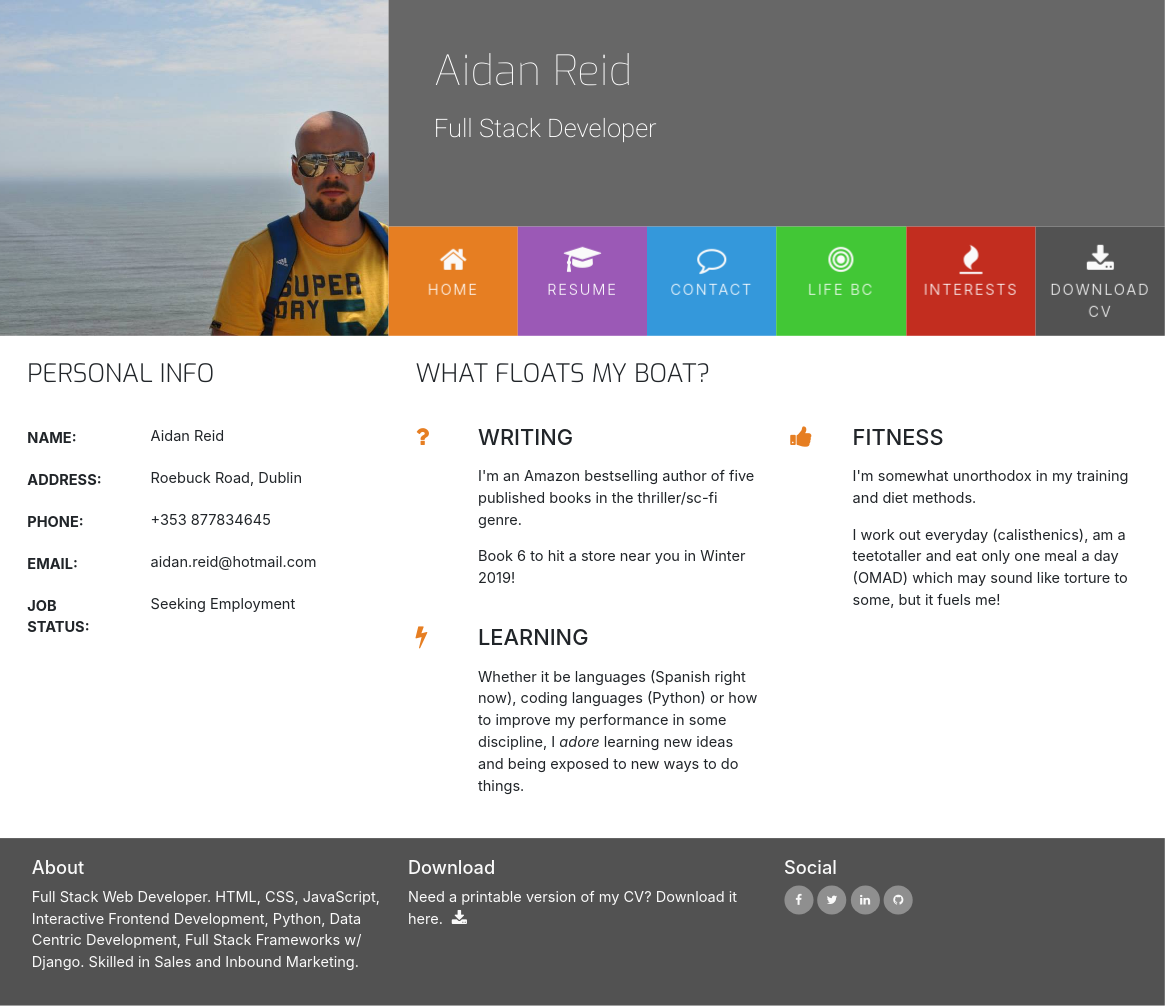
Repository: AidanJReid/Resume
Page: interests.html
The author's editor kept a record of every edit. The page is drawn from the files as they stood at one moment, then again after the next edit.
The browser window is 1280 px wide. The pictures show the whole page, at 91% of full size.

Above is the page before.

### interests.html
<!DOCTYPE html>
<html lang="en">

<head>
    <meta charset="UTF-8">
    <meta name="viewport" content="width=device-width, initial-scale=1.0">
    <meta http-equiv="X-UA-Compatible" content="ie=edge">
    <link rel="stylesheet" href="https://stackpath.bootstrapcdn.com/bootstrap/4.3.1/css/bootstrap.min.css" type="text/css" />
    <link rel="stylesheet" href="https://stackpath.bootstrapcdn.com/font-awesome/4.7.0/css/font-awesome.min.css" type="text/css" />
    <link rel="stylesheet" href="https://cdnjs.cloudflare.com/ajax/libs/hover.css/2.3.1/css/hover-min.css" type="text/css" />
    <link rel="stylesheet" href="assets/css/style.css" type="text/css" />
    <title>Aidan</title>
</head>

<body>
    <header>
        <div class="row no-gutters">
            <a href="index.html" class="col-lg-4 logo">

            </a>
            <div class="col-lg-8">
                <div class="row no-gutters bg-color-name-title">
                    <div class="col heading">
                        <h1 class="name">Aidan Reid</h1>
                        <h2 class="title">Full Stack Developer</h2>
                    </div>
                </div>
                <div class="row no-gutters">
                    <div class="col">
                        <ul id="nav" class="list-inline menucontainer">
                            <li class="col-6 col-sm-2 ui-menu-color-home list-inline-item menuitem">
                                <a href="index.html" class="hvr-sweep-to-bottom">
                                    <i class="fa fa-home" aria-hidden="true"></i>
                                    <span>Home</span>
                                </a>
                            </li>
                            <li class="col-6 col-sm-2 ui-menu-color-resume list-inline-item menuitem">
                                <a href="resume.html" class="hvr-sweep-to-bottom">
                                    <i class="fa fa-graduation-cap" aria-hidden="true"></i>
                                    <span>Resume</span>
                                </a>
                            </li>
                            <li class="col-6 col-sm-2 ui-menu-color-contact list-inline-item menuitem">
                                <a href="contact.html" class="hvr-sweep-to-bottom">
                                    <i class="fa fa-comment-o" aria-hidden="true"></i>
                                    <span>Contact</span>
                                </a>
                            </li>
                            <li class="col-6 col-sm-2 ui-menu-color-life list-inline-item menuitem">
                                <a href="life.html" class="hvr-sweep-to-bottom">
                                    <i class="fa fa-bullseye" aria-hidden="true"></i>
                                    <span>Life BC</span>
                                </a>
                            </li>
                            <li class="col-6 col-sm-2 ui-menu-color-interests list-inline-item menuitem">
                                <a href="interests.html" class="hvr-sweep-to-bottom">
                                    <i class="fa fa-fire" aria-hidden="true"></i>
                                    <span>Interests</span>
                                </a>
                            </li>
                            <li class="col-6 col-sm-2 ui-menu-color-download list-inline-item menuitem">
                                <a href="assets/CV/19AidReidCV.docx" target="_blank" class="hvr-sweep-to-bottom">
                                    <i class="fa fa-download" aria-hidden="true"></i>
                                    <span>Download CV</span>
                                </a>
                            </li>
                        </ul>
                    </div>
                </div>
            </div>
        </div>
    </header>
    <section class="container-fluid">
        <div class="row">
            <div class="col-md-4 bg-color-interests section-column">
                <div class="row">
                    <div class="col-12">
                        <h3 class="section-heading uppercase">Personal Info</h3>
                    </div>
                </div>
                <div class="personal-info-item">
                    <div class="key">
                        <p class="uppercase">
                            Name:
                        </p>
                    </div>
                    <div class="value">
                        <p>
                            Aidan Reid
                        </p>
                    </div>
                </div>
                <div class="personal-info-item">
                    <div class="key">
                        <p class="uppercase">
                            Address:
                        </p>
                    </div>
                    <div class="value">
                        <p>
                            Roebuck Road, Dublin
                        </p>
                    </div>
                </div>
                <div class="personal-info-item">
                    <div class="key">
                        <p class="uppercase">
                            Phone:
                        </p>
                    </div>
                    <div class="value">
                        <p>
                            +353 877834645
                        </p>
                    </div>
                </div>
                <div class="personal-info-item">
                    <div class="key">
                        <p class="uppercase">
                            Email:
                        </p>
                    </div>
                    <div class="value">
                        <p>
                            aidan.reid@hotmail.com
                        </p>
                    </div>
                </div>
                <div class="personal-info-item">
                    <div class="key">
                        <p class="uppercase">
                            Job Status:
                        </p>
                    </div>
                    <div class="value">
                        <p>
                            Seeking Employment
                        </p>
                    </div>
                </div>
            </div>
            <div class="col-md-8 bg-color-three-reasons section-column">
                <div class="row">
                    <div class="col">
                        <h3 class="section-heading uppercase">What floats my boat?</h3>
                    </div>
                </div>
                <div class="row">
                    <div class="col-10 offset-1 offset-sm-0 col-sm-4 col-md-6">
                        <div class="row">
                            <div class="col-2">
                                <i class="three-reasons-icon fa fa-question" aria-hidden="true"></i>
                            </div>
                            <div class="col-10">
                                <h4 class="three-reasons-heading uppercase" aria-hidden="true">Writing</h4>
                                <p>
                                    I'm an Amazon bestselling author of five published books in the thriller/sc-fi genre.
                                </p>
                                <p>Book 6 to hit a store near you in Winter 2019!</p>
                            </div>
                        </div>
                    </div>
                    <div class="col-10 offset-1 offset-sm-0 col-sm-4 col-md-6">
                        <div class="row">
                            <div class="col-2">
                                <i class="three-reasons-icon fa fa-thumbs-up" aria-hidden="true"></i>
                            </div>
                            <div class="col-10">
                                <h4 class="three-reasons-heading uppercase" aria-hidden="true">Fitness</h4>
                                <p>
                                    I'm somewhat unorthodox in my training and diet methods.</p>
                                <p> I work out everyday (calisthenics), am a teetotaller and eat only one meal a day (OMAD) which may sound like torture to some, but it fuels me!
                                </p>
                            </div>
                        </div>
                    </div>
                    <div class="col-10 offset-1 offset-sm-0 col-sm-4 col-md-6">
                        <div class="row">
                            <div class="col-2">
                                <i class="three-reasons-icon fa fa-bolt" aria-hidden="true"></i>
                            </div>
                            <div class="col-10">
                                <h4 class="three-reasons-heading uppercase" aria-hidden="true">Learning</h4>
                                <p>
                                    Whether it be languages (Spanish right now), coding languages (Python) or how to improve my performance in some discipline, I <em>adore</em> learning new ideas and being exposed to new ways to do things.
                                </p>
                            </div>
                        </div>
                    </div>
                </div>
            </div>

    </section>
    <footer class="container-fluid">
        <div id="footer-details" class="row">
            <div class="col-sm-4">
                <h5 class="uppercase-general-sub">About</h5>
                <p class="inline-block">
                    Full Stack Web Developer. HTML, CSS, JavaScript, Interactive Frontend Development, Python, Data Centric Development, Full Stack Frameworks w/ Django. Skilled in Sales and Inbound Marketing.
                </p>
            </div>
            <div class="col-sm-4">
                <h5 class="uppercase-general-sub">Download</h5>
                <p class="inline-block">
                    Need a printable version of my CV? Download it here.
                    <a href="assets/CV/19AidReidCV.docx" target="_blank" class="cv-pdf">
                        <i class="fa fa-download" aria-hidden="true"></i>
                        <span class="sr-only">Download link.</span>
                    </a>
                </p>
            </div>
            <div class="col-sm-4">
                <h5 class="uppercase-general-sub">Social</h5>
                <ul class="list-inline social-links">
                    <li class="list-inline-item">
                        <a href="https://www.facebook.com/aidanjreidauthor/" target="_blank">
                            <i class="fa fa-facebook" aria-hidden="true"></i>
                            <span class="sr-only">Facebook</span>
                        </a>
                    </li>
                    <li class="list-inline-item">
                        <a href="https://twitter.com/AidanJReid" target="_blank">
                            <i class="fa fa-twitter" aria-hidden="true"></i>
                            <span class="sr-only">Twitter</span>
                        </a>
                    </li>
                    <li class="list-inline-item">
                        <a href="https://www.linkedin.com/in/aidanreid/" target="_blank">
                            <i class="fa fa-linkedin" aria-hidden="true"></i>
                            <span class="sr-only">Linkedin</span>
                        </a>
                    </li>
                    <li class="list-inline-item">
                        <a href="https://github.com/AidanJReid" target="_blank">
                            <i class="fa fa-github" aria-hidden="true"></i>
                            <span class="sr-only">Github</span>
                        </a>
                    </li>
                </ul>
            </div>
        </div>

    </footer>

</body>

</html>

### assets/css/style.css
@import url('https://fonts.googleapis.com/css?family=Roboto:100,200,300,400,500,600,700|Exo:100,200,300,400,500,600,700');

/* -----------------------------------Colours */

.bg-color-name-title {
    background-color: #676767;
}

.bg-color-three-reasons {
    background-color: #fff;
}

.bg-color-personal-info {
    background-color: #f4f4f4;
}

.bg-color-work-history {
    background-color: #9b59b6;
}

.bg-color-contact {
    background-color: #fff;
}

.ui-menu-color-home {
    background-color: #e67e22;
}

.ui-menu-color-resume {
    background-color: #9b59b6;
}

.ui-menu-color-life {
    background-color: #42c736;
}

.ui-menu-color-interests {
    background-color: #c22d1f;
}

.ui-menu-color-contact {
    background-color: #3498db;
}

.ui-menu-color-download {
    background-color: #525252;
}



/* -----------------------------------Special paddings/margins/text */

h1,
h2,
h3,
h4 {
    margin: 0;
}

.uppercase {
    text-transform: uppercase;
}

.general-sub {
    font-family: "Exo", sans-serif;
    font-weight: 300;
    color: #fafafa;
}

.inline-block {
    display: inline-block;
}

.row-table {
    display: table;
}

.section-column {
    display: table-cell;
    padding: 0 30px 30px;
    float: none;
}

.history-heading,
.section-heading {
    font-family: "Exo", sans-serif;
    font-weight: 300;
    margin-top: 25px;
    margin-bottom: 40px;
}

/* -----------------------------------Heading */

header {
    margin: 0;
}

.heading {
    margin-left: 50px;
}

.logo {
    background: url("../images/AJ.jpg");
    background-position: center;
    background-repeat: no-repeat;
    background-size: cover;
    min-height: 360px;
    transition: all .5s ease-in-out;
    -moz-transition: all .5s ease-in-out;
    -webkit-transition: all .5s ease-in-out;
}

.name {
    font-family: "Exo", sans-serif;
    font-weight: 100;
    font-size: 46px;
    margin-top: 50px;
    color: #fff;
}

.title {
    font-family: "Roboto", sans-serif;
    font-weight: 200;
    font-size: 28px;
    margin-top: 20px;
    margin-bottom: 90px;
    color: #fff;
}


.list-inline-item:not(:last-child) {
    margin: 0;
}

.menucontainer {
    font-size: 0;
}

#nav {
    margin: 0;
}

#nav li {
    font-size: 14px;
    padding: 0;
}

.menuitem {
    height: 120px;
    text-align: center;
    padding: 0;
}

.menuitem a {
    width: 100%;
    text-decoration: none;
    color: #fff;
    height: 120px;
}

.menuitem a i {
    padding-top: 20px;
    display: block;
    color: #fafafa;
    font-size: 32px;
}

.menuitem span {
    display: block;
    width: 100%;
    padding-top: 5px;
    text-align: center;
    text-transform: uppercase;
    font-size: 16px;
    font-weight: 300;
    letter-spacing: 2px;
}

/* -----------------------------------Hover.css */

.hvr-sweep-to-bottom:before {
    background: rgba(0, 0, 0, 0.2);
    height: 120px;
}

/* -----------------------------------Footer */

footer {
    background-color: #525252;
    color: #fafafa;
    min-height: 120px;
    margin: 0;
}

.cv-pdf i {
    font-size: 18px;
    color: #fafafa;
    text-align: center;
    padding-left: 5px;
    transition: all 0.35s ease-in-out;
    -moz-transition: all 0.35s ease-in-out;
    -webkit-transition: all 0.35s ease-in-out;
    -o-transition: all 0.35s ease-in-out;
}

.cv-pdf i:hover {
    color: #e84610;
}

.social-links {
    padding-bottom: 15px;
}

.social-links li a i {
    width: 32px;
    height: 32px;
    padding: 12px 0;
    border-radius: 50%;
    font-size: 13px;
    line-height: 7px;
    text-align: center;
    color: #fafafa;
    background: #8f8f8f;
    transition: all 0.35s ease-in-out;
    -moz-transition: all 0.35s ease-in-out;
    -webkit-transition: all 0.35s ease-in-out;
    -o-transition: all 0.35s ease-in-out;
}

.social-links li a i:hover {
    background: #e84610;
}

#footer-details {
    padding: 20px;
}

/* -----------------------------------3 reasons */

.three-reasons-icon {
    font-size: 26px;
    color: #e67e22;
}

.three-reasons-heading {
    margin-bottom: 15px;
}

/* -----------------------------------Personal Info */

.personal-info-item {
    margin-bottom: 20px;
    display: block;
    clear: both;
}

.personal-info-item .key,
.personal-info-item .value {
    padding-right: 8px;
    display: inline-block;
}

.personal-info-item .key p,
.personal-info-item .value p {
    margin: 0;
}

.personal-info-item .key {
    width: 30%;
    margin-right: 21px;
    padding-top: 2px;
    vertical-align: top;
}

.personal-info-item .key p {
    font-weight: 700;
}

.personal-info-item .value {
    position: relative;
    width: 60%;
}

/* -----------------------------------Skills */

.progress {
    position: relative;
    height: 25px;
    margin-bottom: 4px;
}

.progress-type {
    position: absolute;
    left: 0px;
    font-weight: 400;
    padding: 3px 30px 2px 10px;
    color: #fafafa;
    background-color: rgba(25, 25, 25, 0.2);
}

.progress-section {
    margin: 40px 20px;
}

/* -----------------------------------Work History */

.history-heading {
    color: #fafafa;
    margin-bottom: 50px;
}

.timeline-item {
    padding: 4em 2em 0em 2em;
    position: relative;
    color: #fafafa;
    border-left: 1px solid;
}

.timeline-item p {
    padding: 0;
    margin: 0;
}

.timeline-item:before {
    content: attr(data-dates);
    position: absolute;
    left: 2.5em;
    top: 3em;
    display: block;
    font-family: "Exo", sans-serif;
    font-weight: 500;
    font-size: 0.8em;
    padding: 0;
    margin: 0;
}

.timeline-item:after {
    width: 12px;
    height: 12px;
    display: block;
    top: 2.4em;
    position: absolute;
    left: -6px;
    border-radius: 12px;
    content: '';
    background: #fafafa;
}

.history-items {
    margin-bottom: 30px;
}

/* -----------------------------------Contact Form */

.contact-heading {
    font-family: "Exo", sans-serif;
    font-weight: 300;
    margin-top: 25px;
    margin-bottom: 20px;
}

.center-form {
    padding-top: 10px;
    margin: 0 auto;
    max-width: 70%;
}

button[type="submit"] {
    margin-top: 15px;
    margin-bottom: 20px;
    color: #fafafa;
    background-color: #e84610;
}

/* -----------------------------------Media Queries */

@media(min-width: 992px) {
    .center-form {
        padding-top: 30px;
        min-height: 240px;
        margin: 0 auto;
        max-width: 50%;
    }
}

After the next edit:
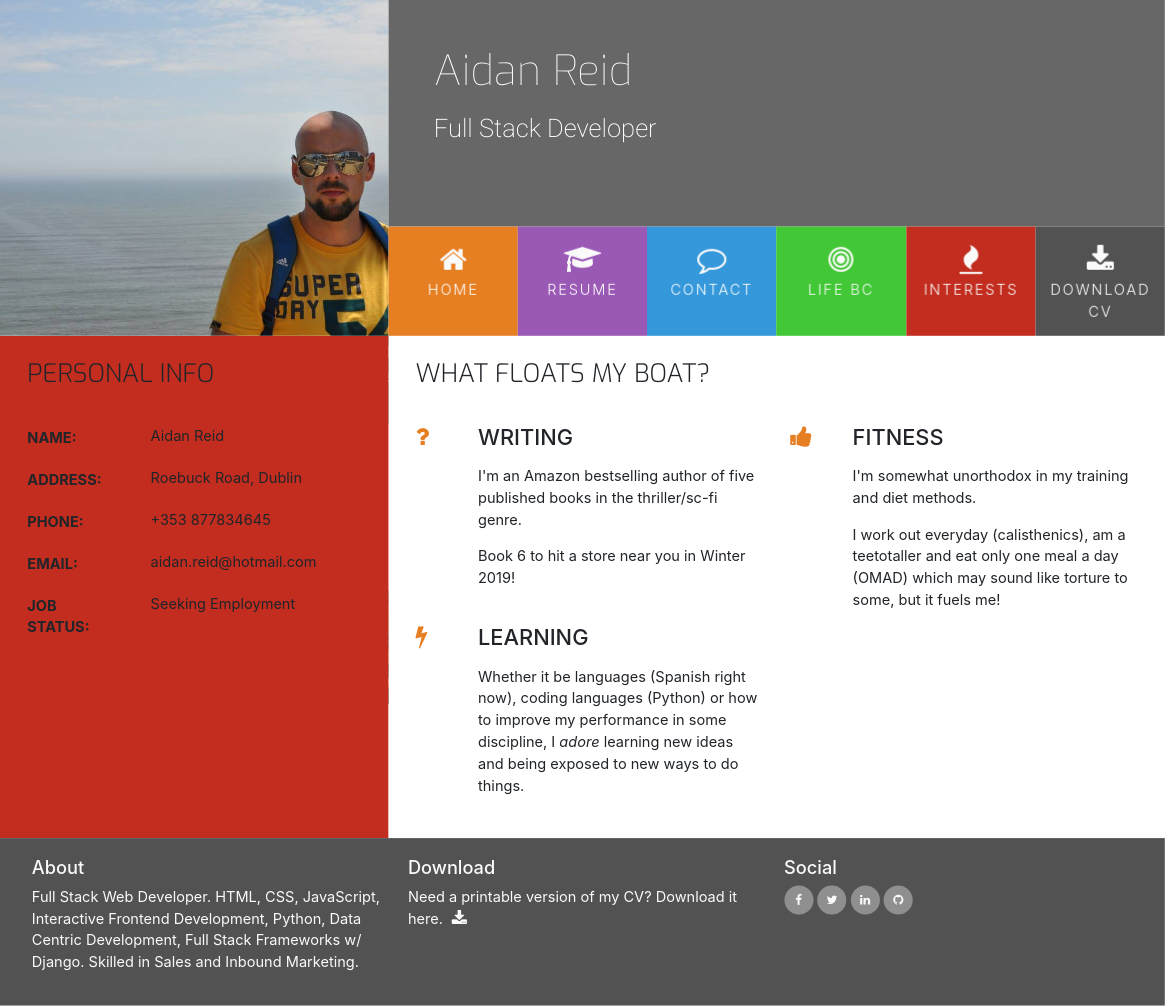
The edit:
--- a/assets/css/style.css
+++ b/assets/css/style.css
@@ -20,6 +20,10 @@
 
 .bg-color-contact {
     background-color: #fff;
+}
+
+.bg-color-interests {
+    background-color: #c22d1f;
 }
 
 .ui-menu-color-home {
